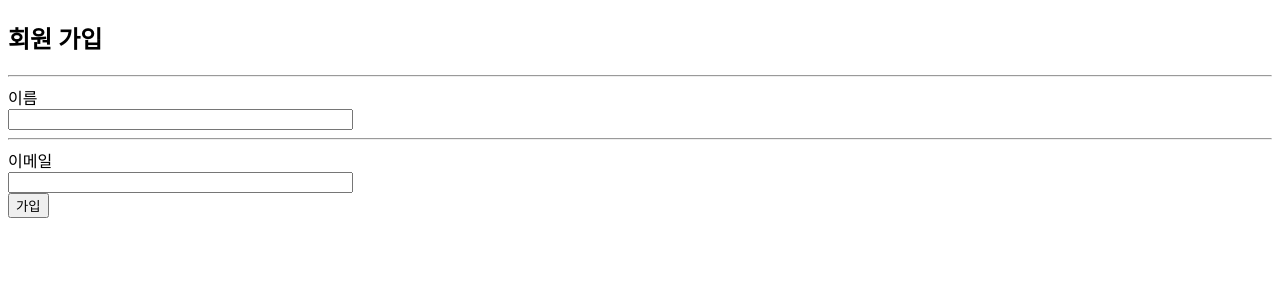
Repository: gold9387/jwbook
Page: jwbook/src/main/webapp/ch03/regform.html
An editor plug-in stored every save of this project. The page is shown before and after the next save, followed by the edit.
The browser window is 1280 px wide. The pictures show the whole page.

Above is the page before, as saved 2023-06-05 11:22:32.

### jwbook/src/main/webapp/ch03/regform.html
<!DOCTYPE html>
<html>
<head>
<meta charset="UTF-8">
<title>회원 가입 폼 만들기 예제</title>
</head>
<body>
	<h2>회원 가입</h2>
	<hr />
	<div id="regform">
		<form name="form1">
			<label>이름</label><br />
			<input type="text" name="name" size="40" /><br />
			<hr />
			<label>이메일</label><br />
			<input type="text" name="email" size="40" /><br />
			<button type="button" onClick="signUp()">가입</button>
		</form>
	</div>
</body>
</html>

After the next save:
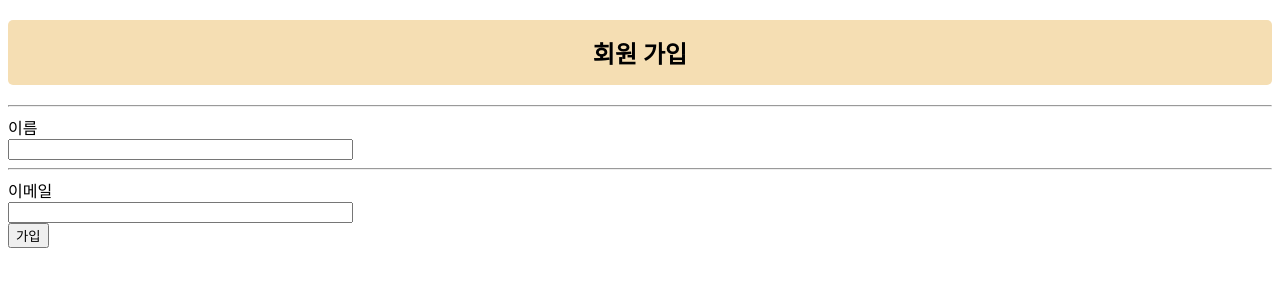
Saved 98 s later.
--- a/jwbook/src/main/webapp/ch03/regform.html
+++ b/jwbook/src/main/webapp/ch03/regform.html
@@ -3,17 +3,23 @@
 <head>
 <meta charset="UTF-8">
 <title>회원 가입 폼 만들기 예제</title>
+<style>
+h2 {
+	border-radius: 5px;
+	background-color: wheat;
+	text-align: center;
+	padding: 15px 0;
+}
+</style>
 </head>
 <body>
 	<h2>회원 가입</h2>
 	<hr />
 	<div id="regform">
 		<form name="form1">
-			<label>이름</label><br />
-			<input type="text" name="name" size="40" /><br />
+			<label>이름</label><br /> <input type="text" name="name" size="40" /><br />
 			<hr />
-			<label>이메일</label><br />
-			<input type="text" name="email" size="40" /><br />
+			<label>이메일</label><br /> <input type="text" name="email" size="40" /><br />
 			<button type="button" onClick="signUp()">가입</button>
 		</form>
 	</div>
